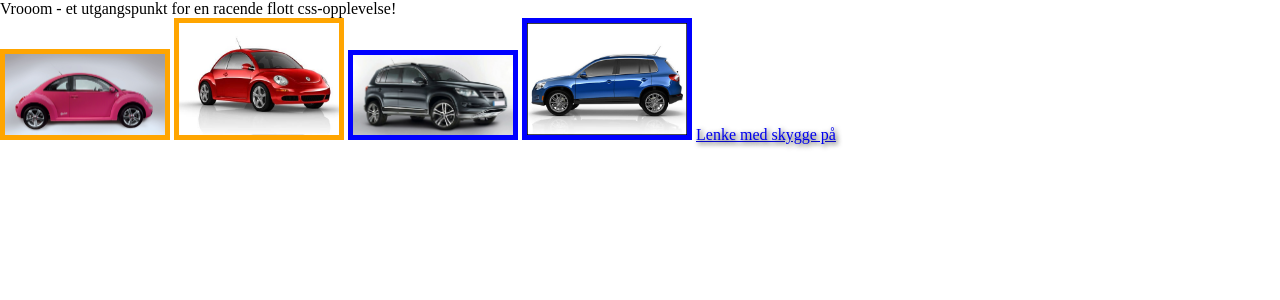
Repository: mesan/css-kurs
Page: kode/wroom/index.html
The author's editor kept a copy of each file at every save. The page is drawn from the files as they stood at one save, then again after the next save.
The browser window is 1280 px wide. The pictures show the whole page.

Above is the page before, as saved 2013-01-17 11:26:39.

### kode/wroom/index.html
<!DOCTYPE html>
<html lang="en">
	<head>
		<meta charset="utf-8" />
		<link rel="stylesheet" type="text/css" href="styles/reset.css"/>
		<link rel="stylesheet" type="text/css" href="styles/examples.css"/>

		<!-- Always force latest IE rendering engine (even in intranet) & Chrome Frame
		Remove this if you use the .htaccess -->
		<meta http-equiv="X-UA-Compatible" content="IE=edge,chrome=1" />

		<title>Vrooom!</title>
		<meta name="description" content="" />
		<meta name="viewport" content="width=device-width; initial-scale=1.0" />

	</head>

	<body>
		<div>
			<header>
				<h1>Vrooom - et utgangspunkt for en racende flott css-opplevelse!</h1>
			</header>

			<div>
				<!--fjernes-->
				<img src="images/volkswagen-beetle-pink.jpg" />
				<img src="images/volkswagen-beetle-red.jpg" />
				<img src="images/volkswagen-tiguan-nero.jpg" />
				<img src="images/volkswagen-tiguan.jpg" />

				<a href="#">Lenke med skygge på</a>
			</div>

			<footer>
				<p>

				</p>
			</footer>
		</div>
	</body>
</html>

### kode/wroom/styles/reset.css
@charset "utf-8";
/* --------------------------------------------------------------
-----------------------------------------------------------------

	DEFINITIONS: HTML5 DOCTOR
	AUTHOR:      HTML5 DOCTOR
	VERSION:     2012-02-20

/*  RESET
-----------------------------------------------------------------------------------------------
===============================================================================================*/
/* http://meyerweb.com/eric/tools/css/reset/ */
html,body,div,span,applet,object,iframe,h1,h2,h3,h4,h5,h6,p,blockquote,pre,a,abbr,acronym,address,big,cite,code,del,dfn,em,img,ins,kbd,q,s,samp,small,strike,strong,sub,sup,tt,var,b,u,i,center,dl,dt,dd,ol,ul,li,fieldset,form,label,legend,table,caption,tbody,tfoot,thead,tr,th,td,article,aside,canvas,details,figcaption,figure,footer,header,hgroup,menu,nav,section,summary,time,mark,audio,video{
  margin:0;
  padding:0;
  border:0;
  outline:0;
  font-size:100%;
  font:inherit;
  vertical-align:baseline;
}
/* HTML5 display-role reset for older browsers */
article,aside,details,figcaption,figure,footer,header,hgroup,menu,nav,section{
  display:block;
}
nav ul{
  list-style:none;
}
table{
  border-collapse:collapse;
  border-spacing:0;
}

### kode/wroom/styles/examples.css
/***************
 * CSS3-selectors
 ***************/

/*Velger alle img-elementer på siden hvis src-atributt starter med "images"*/
img[src^="images"]{
	border: 5px solid orange;
}

/*Velger alle img-elementer på siden hvis src-atributt inneholder "tiguan"*/
img[src*="tiguan"]{
    border: 5px solid blue;
}

/*Velger alle img-elementer på siden hvis src-atributt slutter på ".jpg" */
img[src$=".jpg"]{
    width: 10em;
}

/*Velger alle a-elementer på siden hvis href-atributt inneholder  "#" */
/* text-shadow med verdiene i rekkefølgen:
 ** horisontal plassering (kan være negativ)
 ** vertikal plassering (kan være negativ)
 ** blur (valgfri)
 ** farge */
a[href*="#"]{
    text-shadow: 2px 2px 5px #2F2F2F;
}

After the next save:
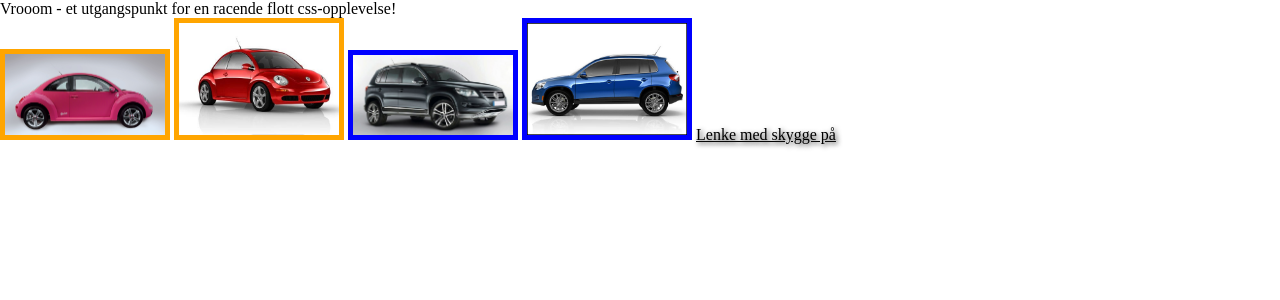
Saved 18 s later.
--- a/kode/wroom/styles/examples.css
+++ b/kode/wroom/styles/examples.css
@@ -24,5 +24,6 @@ img[src$=".jpg"]{
  ** blur (valgfri)
  ** farge */
 a[href*="#"]{
+    color: black;
     text-shadow: 2px 2px 5px #2F2F2F;
 }
